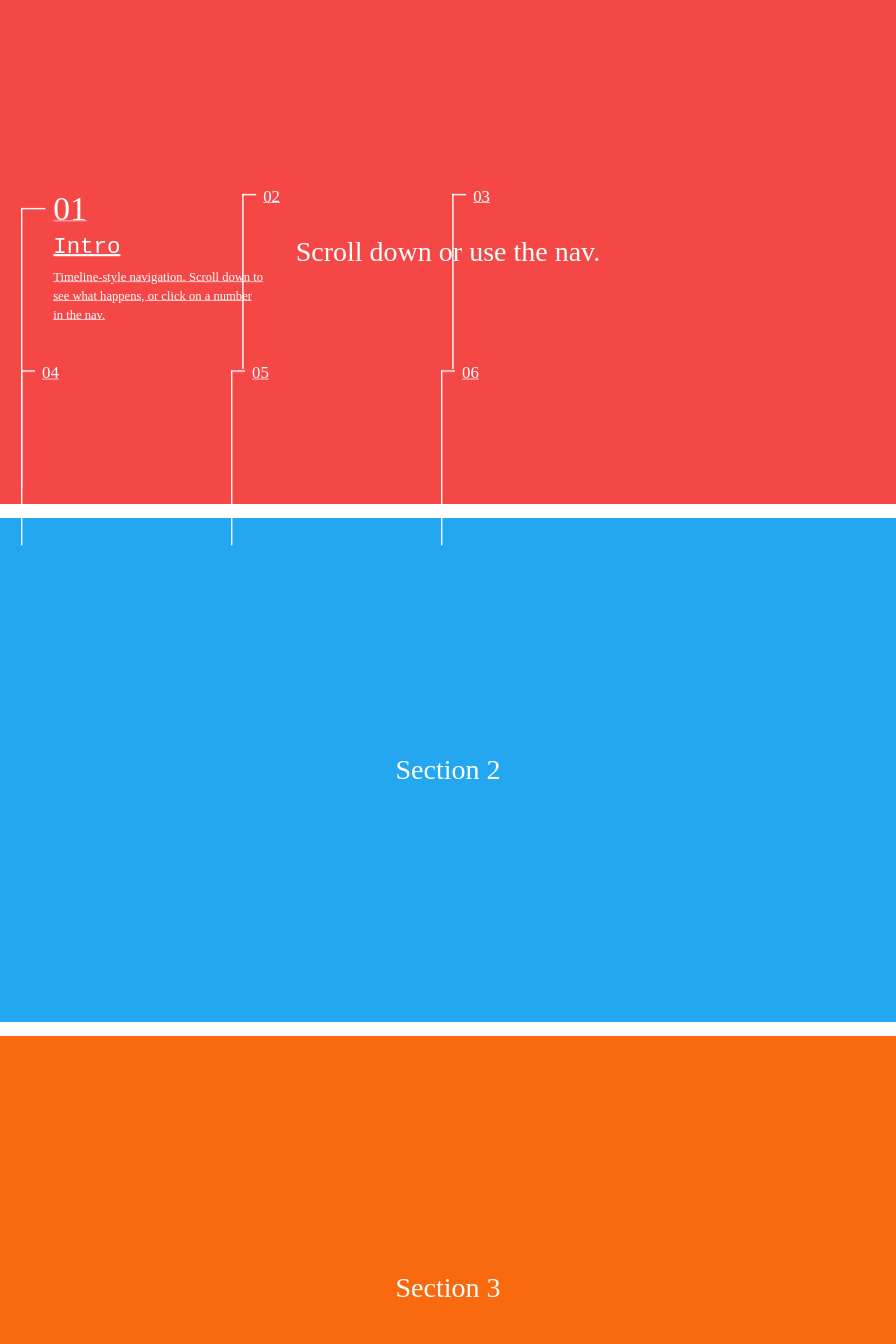
Repository: Tejaakshaykumar/MakeMyVita-Resume-Builder-Website
Page: / (app in frontend/)
An editor plug-in stored every save of this project. The page is shown before and after the next save, followed by the edit.
The browser window is 1280 px wide. The pictures show the part of the page from y = 0 to 1920 px (the page is 4420 px tall before and 937 px after), at 70% of full size.
Some web fonts or font styles are not loaded; a fallback is used. Some web libraries are served in a nearby version. The project was rebuilt for these pictures with package versions that can differ from the ones it lists, and the page was loaded fresh each time. Also part of the build but not shown: frontend/src/App.css, frontend/src/containers/Navbar.js, frontend/src/containers/About.js, frontend/src/containers/Buildresume.js, frontend/src/containers/Images.js, frontend/src/containers/Features.js, frontend/src/containers/Review.js, frontend/src/containers/Trybox.js and 26 more.

Above is the page before, as saved 2024-06-16 23:06:37.

After the next save:
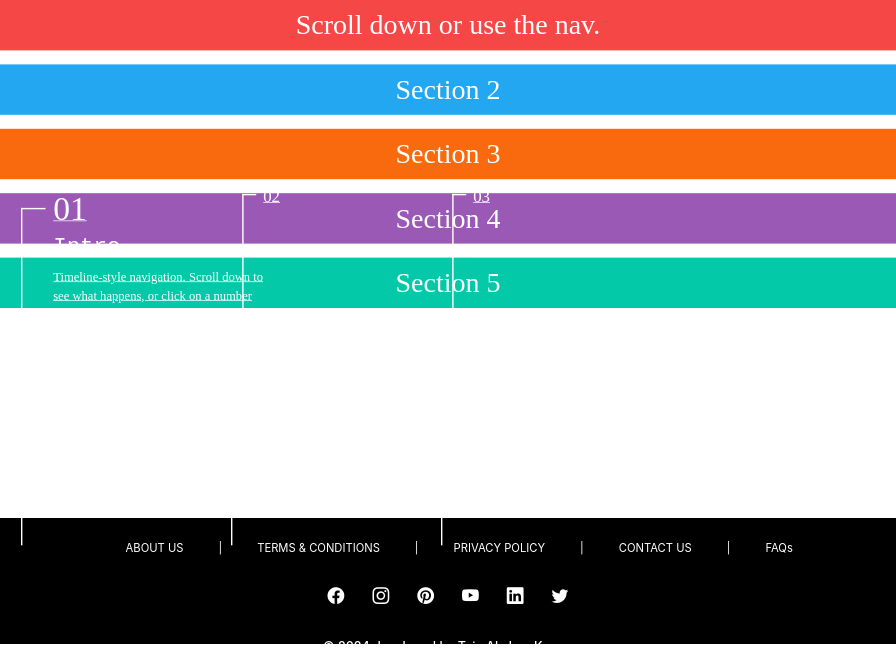
Saved 13 s later.
--- a/frontend/src/containers/cont.css
+++ b/frontend/src/containers/cont.css
@@ -537,7 +537,7 @@ body {
 }
 
 .section {
-  height: 100vh;
+  height: 10vh;
   font-size: 40px;
   font-weight: 100;
   display: flex;
